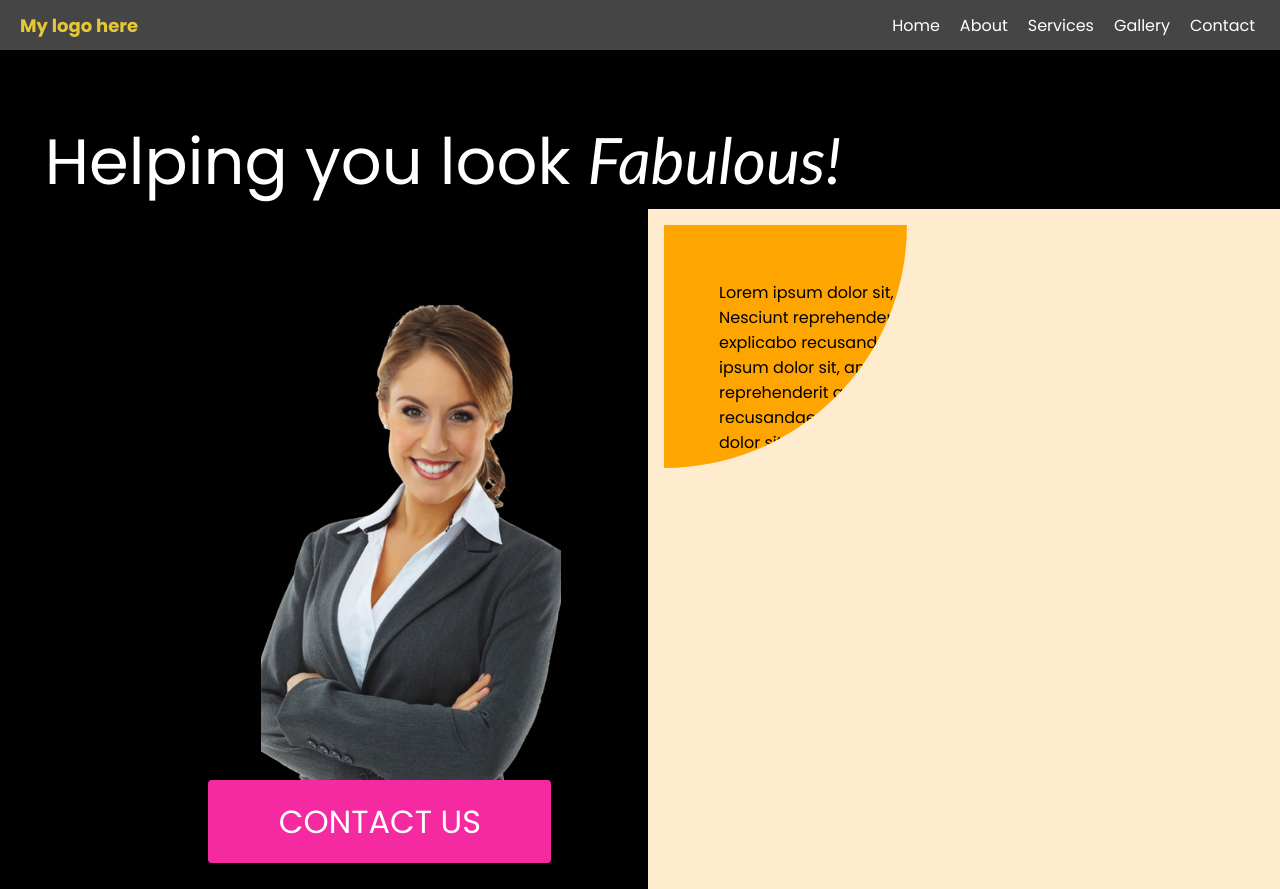
Repository: buzzedison/gardens
Page: index.html
The author's editor kept a copy of each file at every save. The page is drawn from the files as they stood at one save, then again after the next save.
The browser window is 1280 px wide. The pictures show the whole page.

Above is the page before, as saved 2022-01-12 19:53:44.

After the next save:
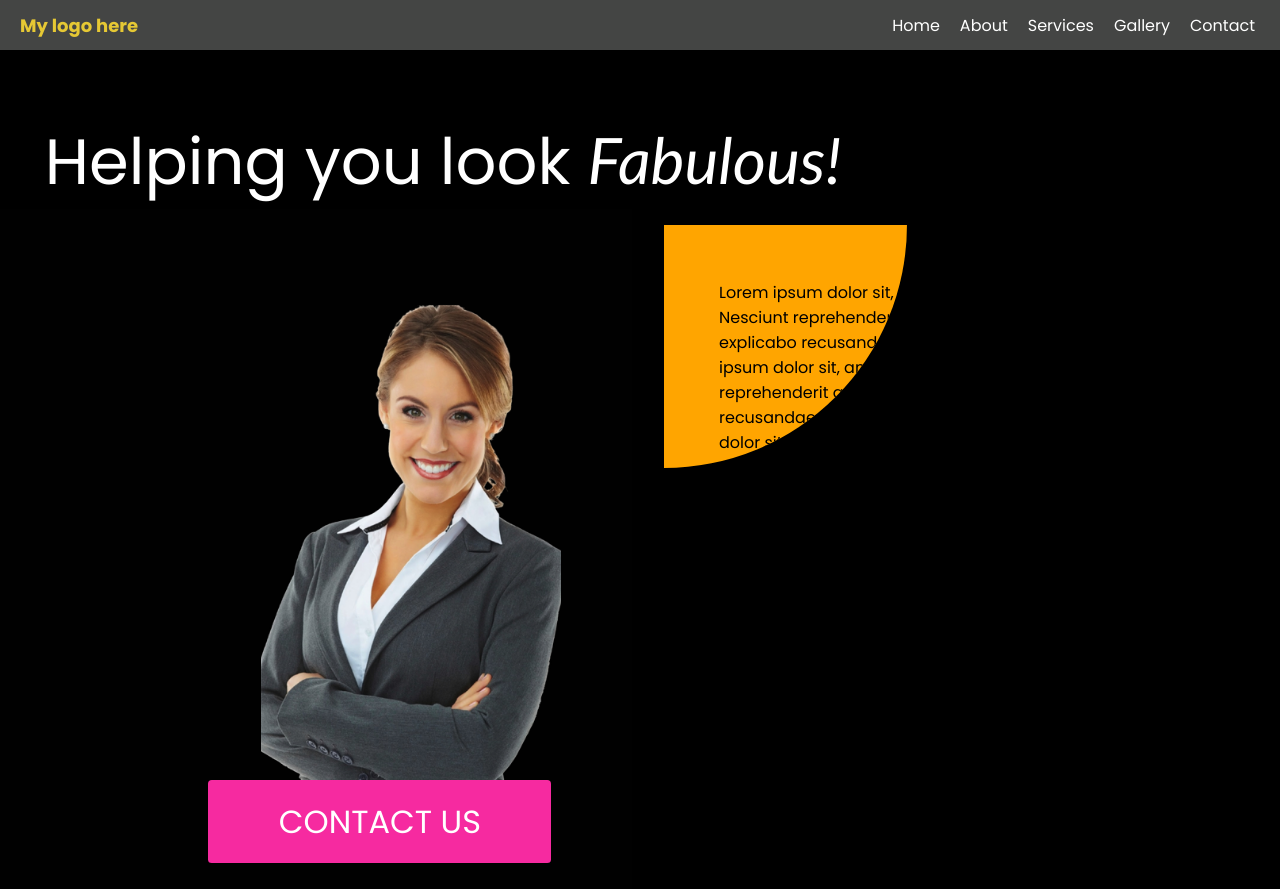
Saved 28 s later.
--- a/css/styles.css
+++ b/css/styles.css
@@ -139,7 +139,7 @@ ul li:hover {
 
 .grid > div{
    padding:1em;
-   background-color:blanchedalmond;
+   background-color:rgba(255, 235, 205, 0);
 }
 
 .grid > div:nth-child(odd){
